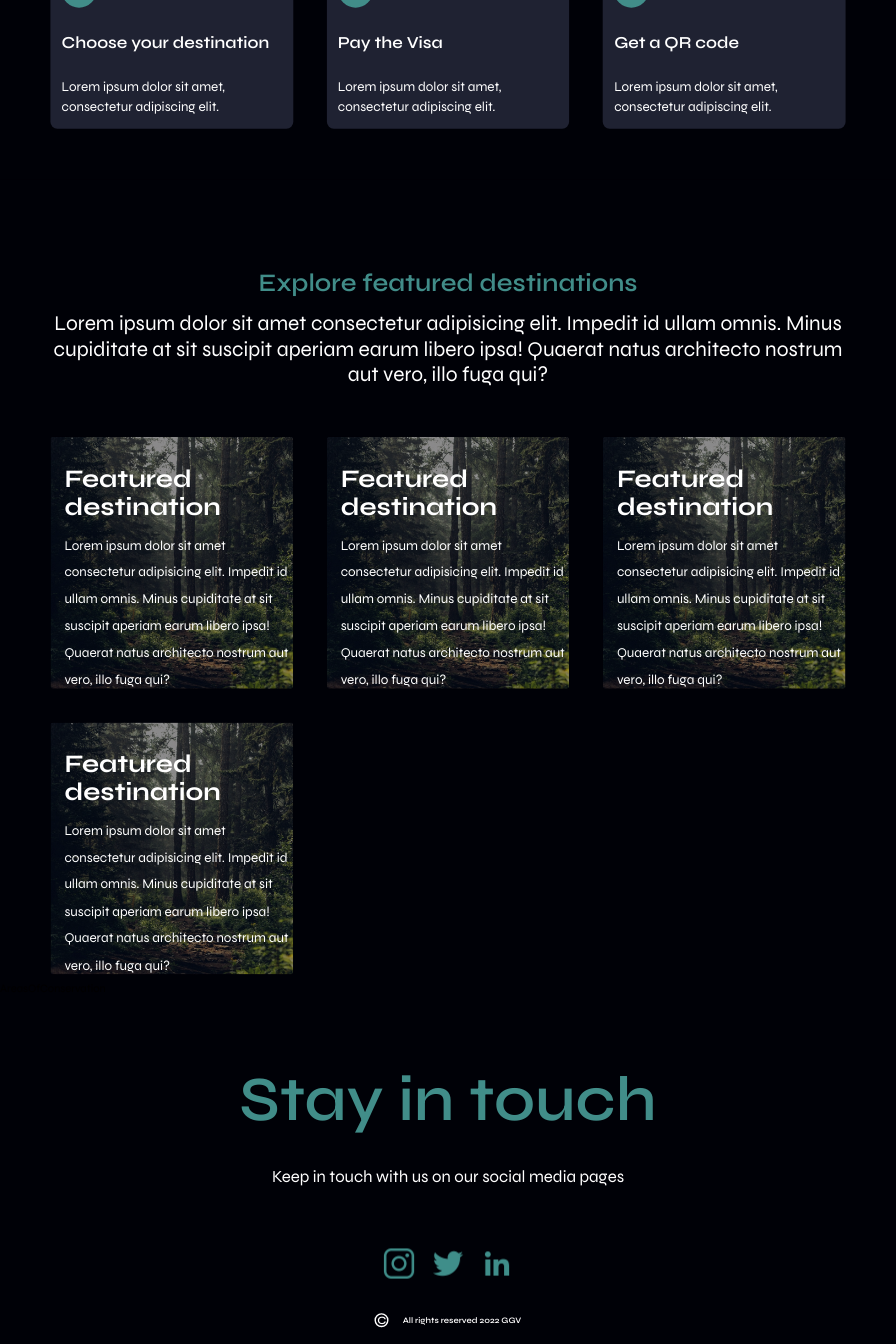
Repository: EngrAhmadUmar/landing-page
Page: /main
These files come from the project's save history. The page is drawn as it stood at one moment and after the next save; the edit follows.
The browser window is 1280 px wide. The pictures show the part of the page from y = 890 to 2810 px (the page is 2810 px tall before and 2724 px after), at 70% of full size.
The page's requests for data from a server got no answer. The project was rebuilt for these pictures with package versions that can differ from the ones it lists, and the page was loaded fresh each time. The framework's server and built-in components were replaced by stand-ins that run in the browser. No one was signed in, and anything a server would have sent is missing. Also part of the build but not shown: next.config.js.

Above is the page before, as saved 2022-06-28 10:08:04.

After the next save:
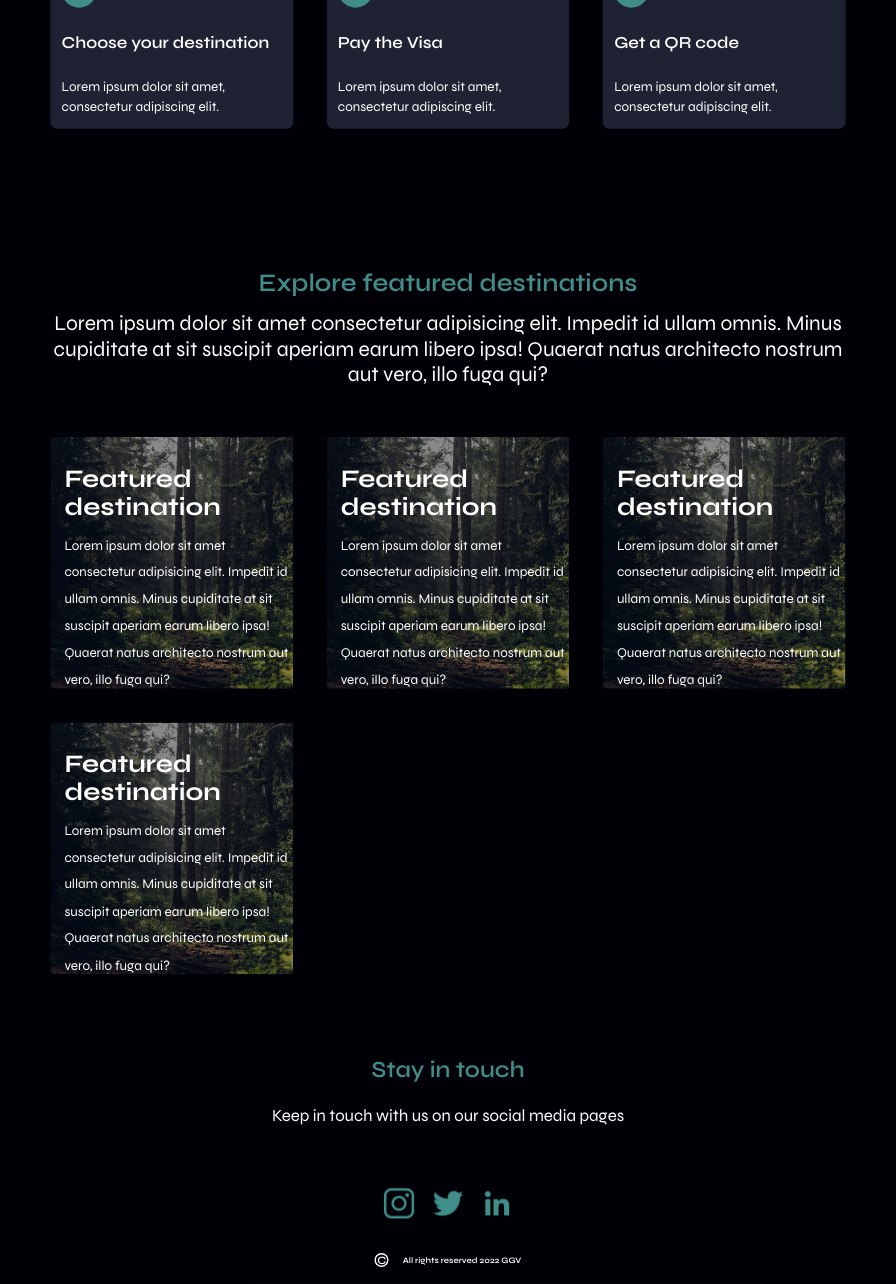
Saved 71 s later.
--- a/src/Components/MainPageComponents/Footer.jsx
+++ b/src/Components/MainPageComponents/Footer.jsx
@@ -16,7 +16,7 @@ const Footer = () => {
         />
       </Head>
       <div className="top-[20%] px-8">
-        <h1 className="text-[#418D89] font-semibold text-[33px] sm:text-[90px] ">
+        <h1 className="text-[#418D89] font-semibold text-[33px] ">
           Stay in touch
         </h1>
         <p className="text-white leading-[43px] font-normal text-[1.5rem] mt-5  ">
